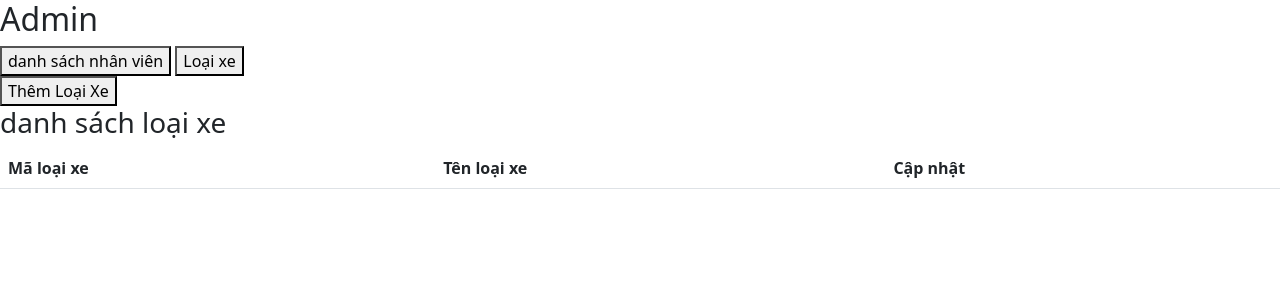
Repository: QuanghuyK1/CNPM
Page: http://localhost/CNPM/WEB-INF/views/LoaiXe/danhsach.jsp
An editor plug-in stored every save of this project. The page is shown before and after the next save, followed by the edit.
The browser window is 1280 px wide. The pictures show the whole page.
The page is served by Tomcat 9. Nobody is signed in. The template is opened directly, without the code that normally fills it, so the values that code supplies are empty.

Above is the page before, as saved 2022-04-23 14:50:06.

After the next save:
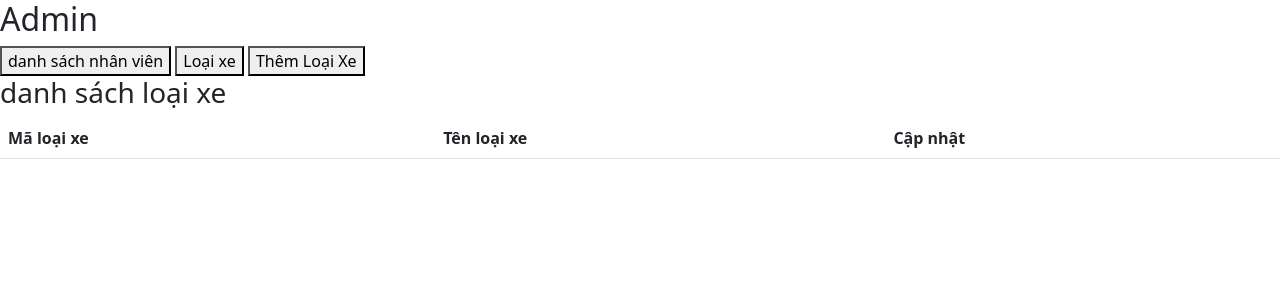
Saved 8 min 1 s later.
--- a/CNPM-main/WebXeKhach/CNPM/src/main/webapp/WEB-INF/views/LoaiXe/danhsach.jsp
+++ b/CNPM-main/WebXeKhach/CNPM/src/main/webapp/WEB-INF/views/LoaiXe/danhsach.jsp
@@ -14,9 +14,9 @@
 </head>
 <body>
 	<h2>Admin</h2>
-	<button type="submit" formaction="/CNPM/admin/danhsach.htm">danh sách nhân viên</button></form>
-	<button type="submit" formaction="/CNPM/admin/loaixe.htm">Loại xe</button></form>
-	<form action = "loaixe.htm"><button name = "Insert">Thêm Loại Xe</button></form>
+	<button type="submit" formaction="/CNPM/admin/danhsach.htm">danh sách nhân viên</button>
+	<button type="submit" formaction="/CNPM/admin/loaixe.htm">Loại xe</button>
+	<button name = "Insert">Thêm Loại Xe</button>
 	<h3>danh sách loại xe</h3>
 	<table class="table">
 	<thead>
